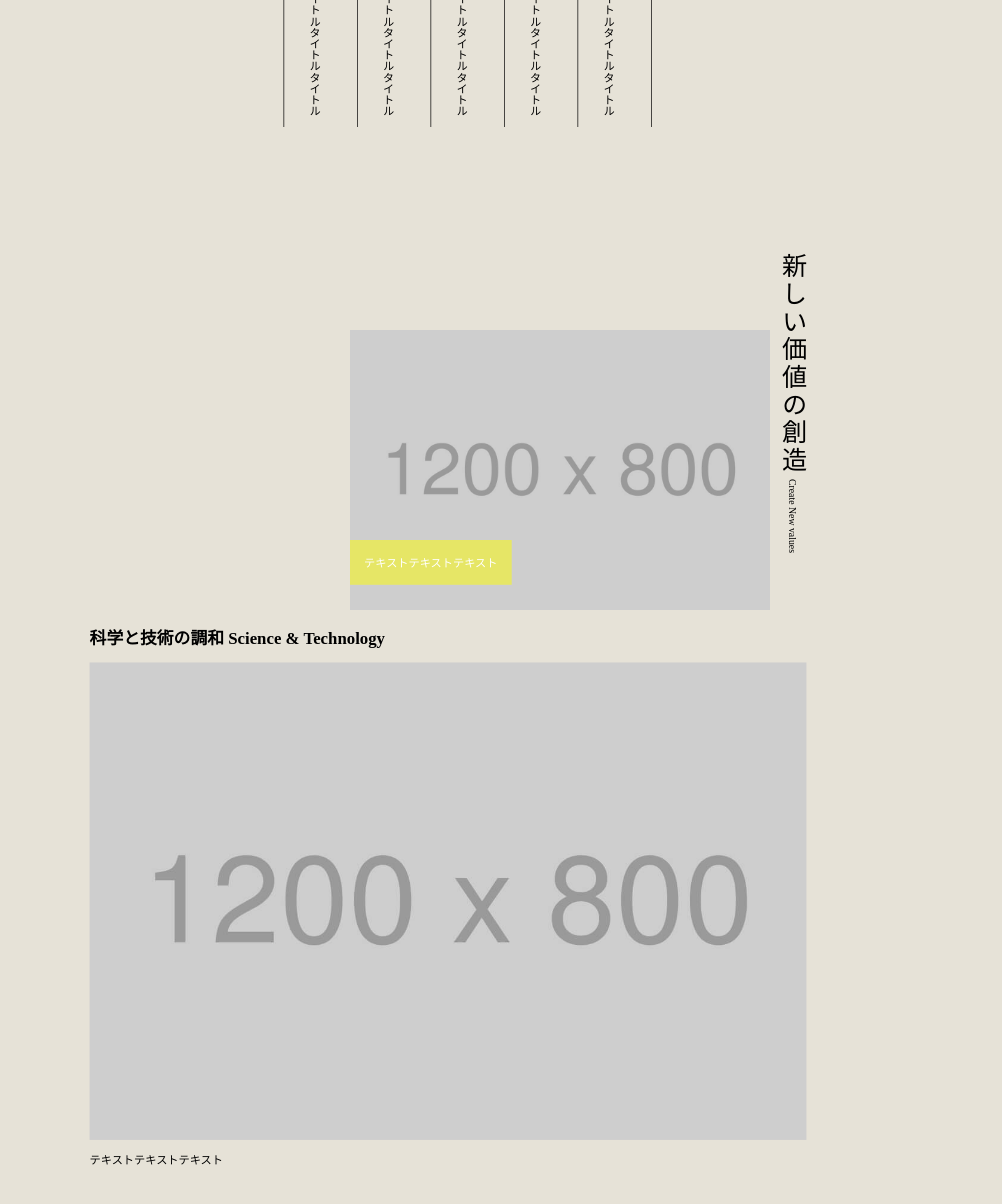
Repository: Fuki-san/wagashi
Page: http://localhost/wagashi
An editor plug-in stored every save of this project. The page is shown before and after the next save, followed by the edit.
The browser window is 1280 px wide. The page is 1432 px wide, so the pictures cover 1432 px, including what lies to the right of the window. The pictures show the part of the page from y = 1189 to 2909 px (the page is 3717 px tall), at 70% of full size.
Pictures or frames that could not be fetched are drawn as grey boxes. The page is served by the project's Laravel application, run on PHP 8.4 with Laravel 10.

Above is the page before, as saved 2023-12-09 16:29:49.

After the next save:
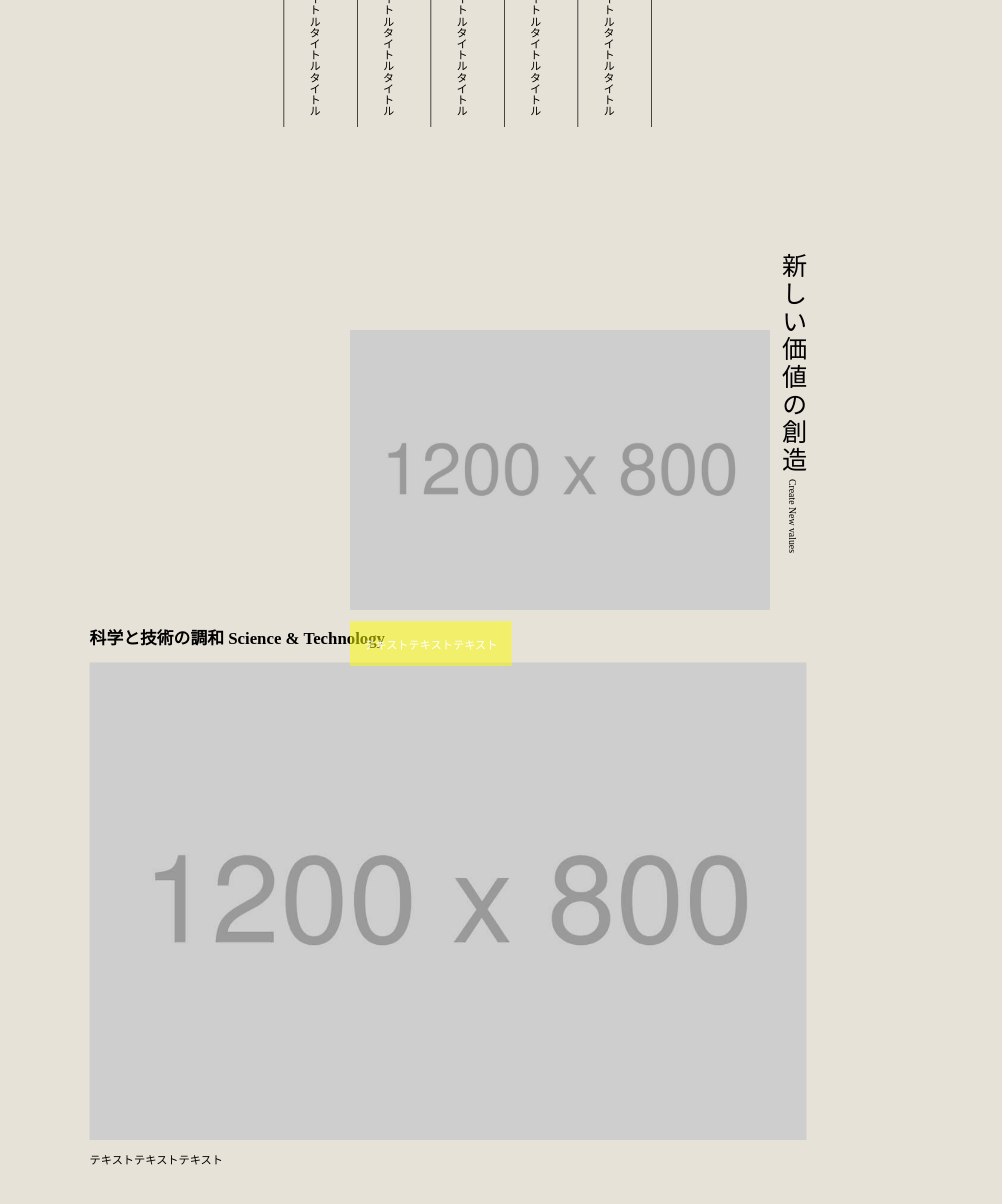
Saved 15 s later.
--- a/public/css/style.css
+++ b/public/css/style.css
@@ -154,7 +154,7 @@
     background-color: rgba(255, 255, 0, 0.5);
     padding: 20px;
     position: absolute;
-    bottom: 20px;
+    /* bottom: 20px; */
 
     color: #fff;
 }

After the save that followed:
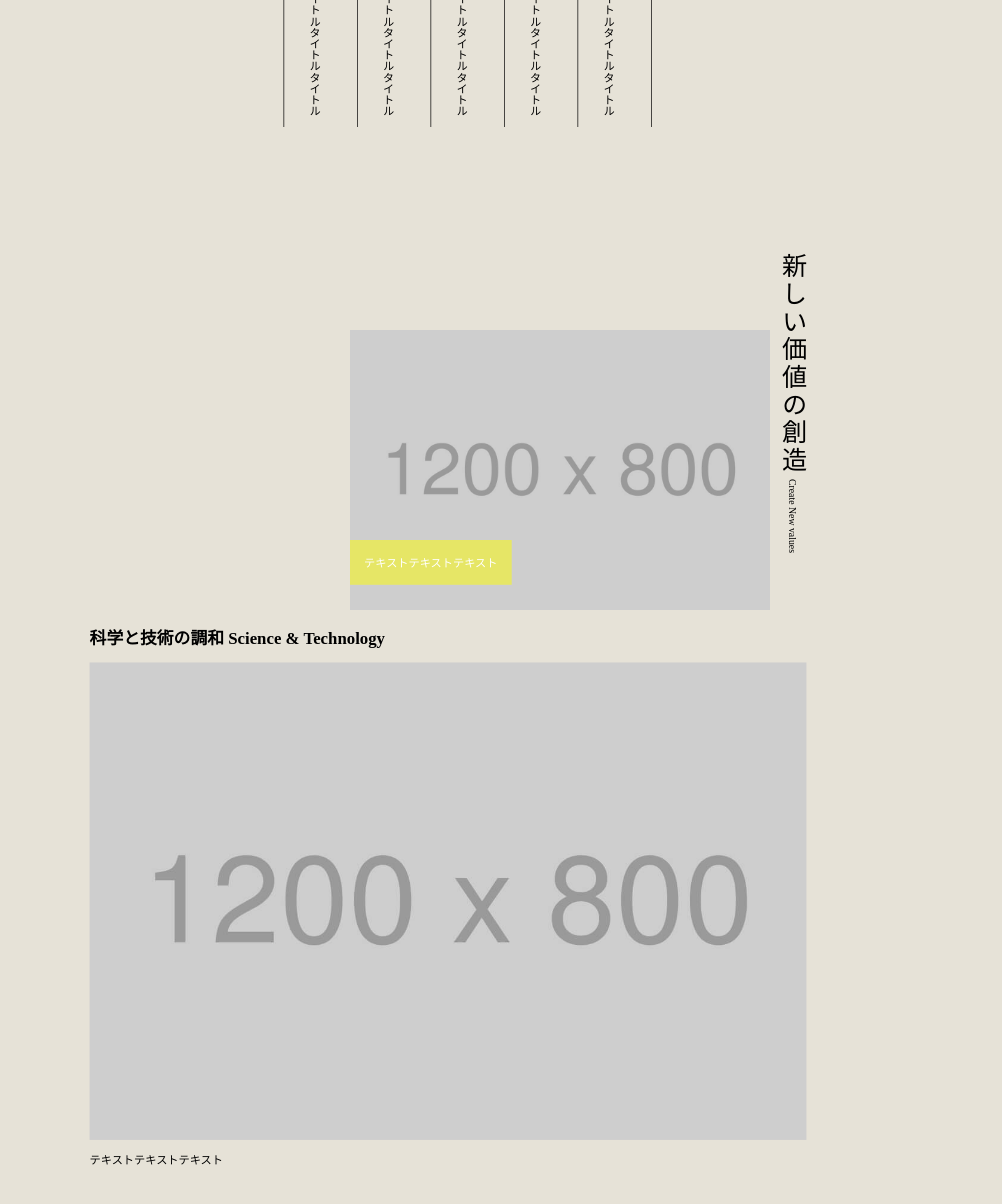
Saved 20 s later.
--- a/public/css/style.css
+++ b/public/css/style.css
@@ -154,7 +154,7 @@
     background-color: rgba(255, 255, 0, 0.5);
     padding: 20px;
     position: absolute;
-    /* bottom: 20px; */
+    bottom: 20px;
 
     color: #fff;
 }
